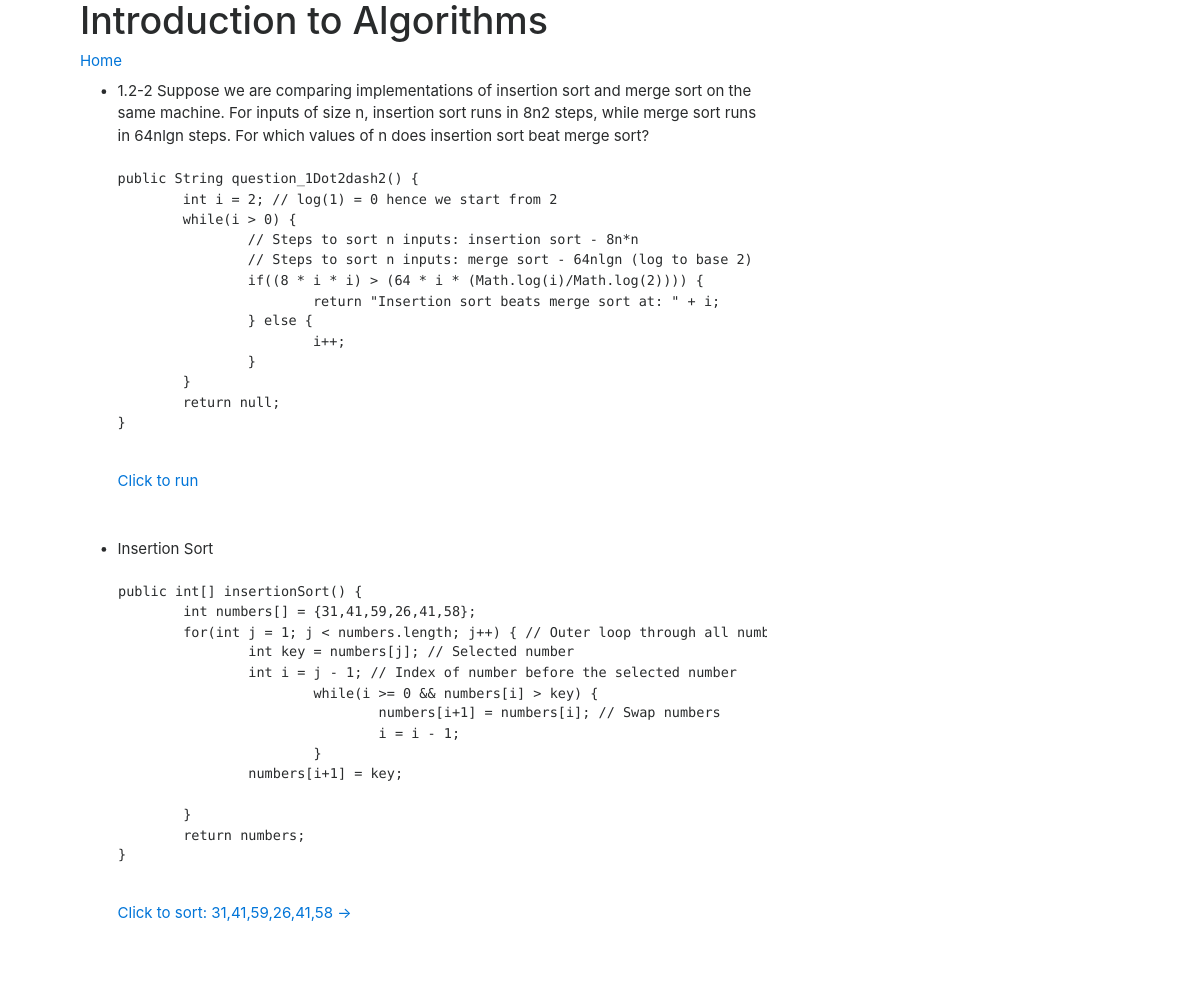
Repository: baltejas/algorithms
Page: http://localhost/algorithms/WEB-INF/views/index.jsp
An editor plug-in stored every save of this project. The page is shown before and after the next save, followed by the edit.
The browser window is 1280 px wide. The pictures show the whole page, at 94% of full size.
The page is served by Tomcat 9. Nobody is signed in. The template is opened directly, without the code that normally fills it, so the values that code supplies are empty.

Above is the page before, as saved 2017-05-07 00:38:39.

After the next save:
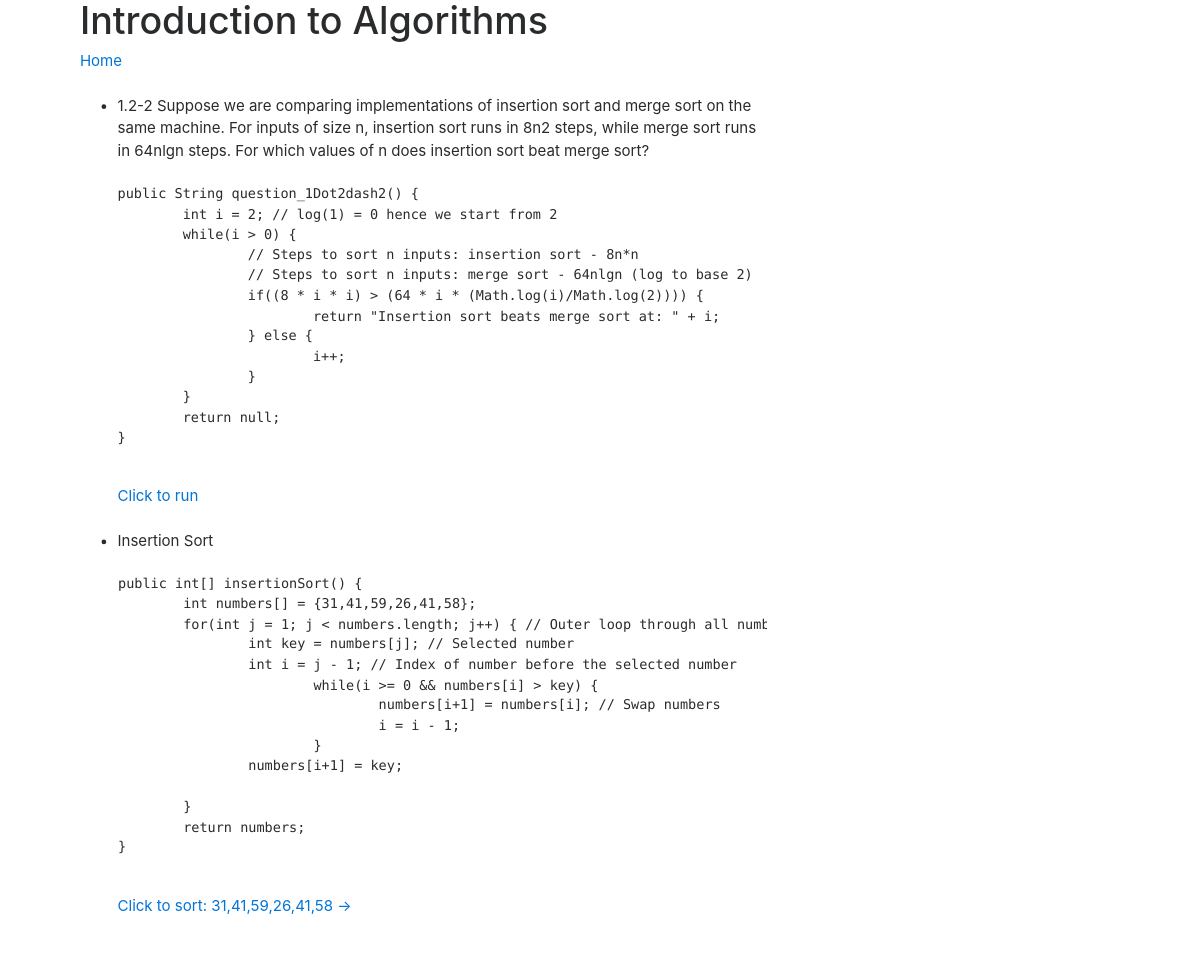
Saved 3 min 26 s later.
--- a/algorithms/src/main/webapp/WEB-INF/views/index.jsp
+++ b/algorithms/src/main/webapp/WEB-INF/views/index.jsp
@@ -6,7 +6,7 @@
 		<div class="container">
 		<h1>Introduction to Algorithms</h1>
 		<a href="/algorithms/list">Home</a>
-			<div class="mt-2 row">
+			<div class="mt-4 row">
 				<div class="col-md-8">
 					<ul>
 						<li>1.2-2 Suppose we are comparing implementations of insertion sort and merge sort on the same machine.
@@ -29,9 +29,9 @@ public String question_1Dot2dash2() {
 								</pre>
 						<a href="/algorithms/question_1Dot2dash2">Click to run</a>
 						<label>${answer}</label>
-						</li><br><br>
+						</li>
 
-						<li>Insertion Sort<br><br>
+						<li class="mt-4">Insertion Sort<br><br>
 								<pre>
 public int[] insertionSort() {
 	int numbers[] = {31,41,59,26,41,58};
